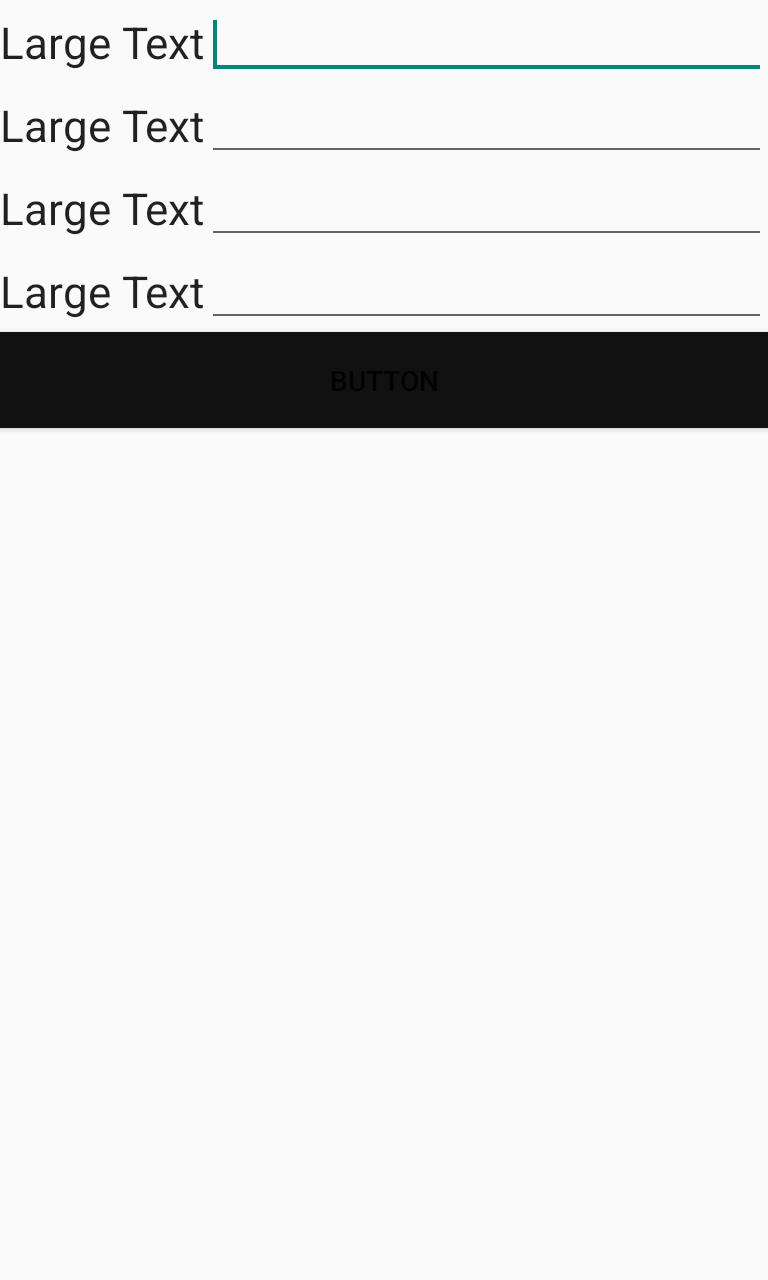
Repository: charlesweng/school
Layout: simpleandroidapps/GettingToKnowUIActivities/charleswengScoringProject/charleswengScoring/res/layout/fragment_teamdialog.xml
These files come from the project's save history. The layout is drawn as it stood at one moment and after the next save; the edit follows.
It is drawn on a 768 x 1280 px phone screen (xhdpi) without system bars, with theme AppTheme; the app's code is not run.

Above is the layout before, as saved 2014-04-26 08:38:30.

### simpleandroidapps/GettingToKnowUIActivities/charleswengScoringProject/charleswengScoring/res/layout/fragment_teamdialog.xml
<?xml version="1.0" encoding="utf-8"?>
<RelativeLayout xmlns:android="http://schemas.android.com/apk/res/android"
    android:layout_width="match_parent"
    android:layout_height="match_parent"
    android:orientation="vertical" >

    <TextView
        android:id="@+id/team1name"
        android:layout_width="wrap_content"
        android:layout_height="wrap_content"
        android:layout_alignParentTop="true"
        android:layout_alignParentLeft="true"
        android:layout_alignBaseline="@+id/editTeam1"
        android:text="Large Text"
        android:textAppearance="?android:attr/textAppearanceLarge" />

    <TextView
        android:id="@+id/team2name"
        android:layout_width="wrap_content"
        android:layout_height="wrap_content"
        android:layout_below="@+id/team1name"
        android:layout_alignBaseline="@+id/editTeam2"
        android:layout_alignParentLeft="true"
        android:text="Large Text"
        android:textAppearance="?android:attr/textAppearanceLarge" />

    <TextView
        android:id="@+id/team1score"
        android:layout_width="wrap_content"
        android:layout_height="wrap_content"
        android:layout_below="@+id/team2name"
        android:layout_alignBaseline="@+id/editScore1"
        android:layout_alignParentLeft="true"
        android:text="Large Text"
        android:textAppearance="?android:attr/textAppearanceLarge" />

    <TextView
        android:id="@+id/team2score"
        android:layout_width="wrap_content"
        android:layout_height="wrap_content"
        android:layout_below="@+id/team1score"
        android:layout_alignBaseline="@+id/editScore2"
        android:layout_alignParentLeft="true"
        android:text="Large Text"
        android:textAppearance="?android:attr/textAppearanceLarge" />

    <EditText
        android:id="@+id/editTeam1"
        android:layout_width="fill_parent"
        android:layout_height="wrap_content"
        android:layout_alignParentRight="true"
        android:layout_alignParentTop="true"
        android:layout_toRightOf="@+id/team1name"
        android:ems="10" >
        <requestFocus />
    </EditText>

    <EditText
        android:id="@+id/editTeam2"
        android:layout_width="fill_parent"
        android:layout_height="wrap_content"
        android:layout_alignParentRight="true"
        android:layout_below="@+id/editTeam1"
        android:layout_toRightOf="@+id/team2name"
        android:ems="10" >
    </EditText>

    <EditText
        android:id="@+id/editScore1"
        android:layout_width="fill_parent"
        android:layout_height="wrap_content"
        android:layout_alignParentRight="true"
        android:layout_below="@+id/editTeam2"
        android:layout_toRightOf="@+id/team1score"
        android:ems="10" >
    </EditText>

    <EditText
        android:id="@+id/editScore2"
        android:layout_width="fill_parent"
        android:layout_height="wrap_content"
        android:layout_alignParentRight="true"
        android:layout_below="@+id/editScore1"
        android:layout_toRightOf="@+id/team2score"
        android:ems="10" >
    </EditText>

    <Button
        android:id="@+id/button1"
        android:layout_width="fill_parent"
        android:layout_height="wrap_content"
        android:layout_below="@+id/editScore2"
        android:layout_centerHorizontal="true"
        android:text="Button"
        android:background="#111"/>

</RelativeLayout>

Loaded but not shown: simpleandroidapps/GettingToKnowUIActivities/charleswengScoringProject/charleswengScoring/res/values/styles.xml (common file); simpleandroidapps/GettingToKnowUIActivities/charleswengScoringProject/charleswengScoring/res/values-v11/styles.xml (common file); simpleandroidapps/GettingToKnowUIActivities/charleswengScoringProject/charleswengScoring/res/values-v14/styles.xml (common file)

After the next save:
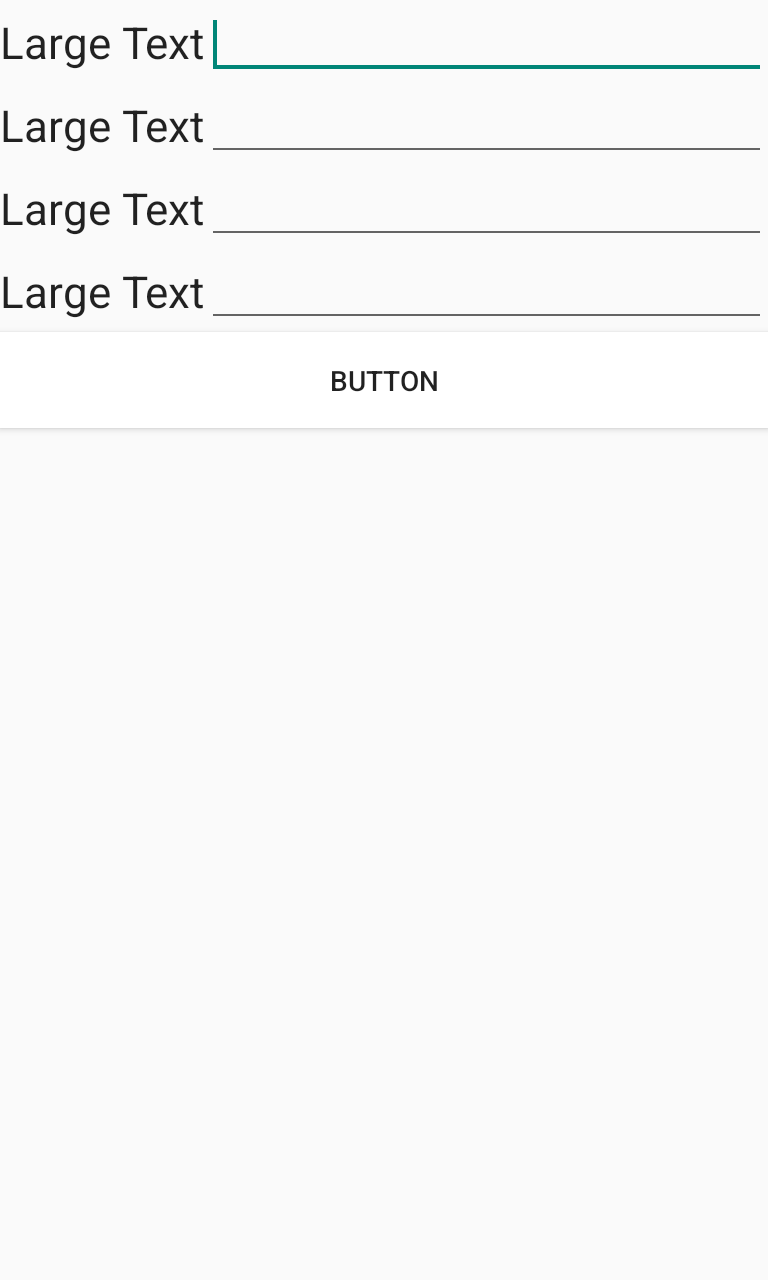
Saved 7 s later.
--- a/simpleandroidapps/GettingToKnowUIActivities/charleswengScoringProject/charleswengScoring/res/layout/fragment_teamdialog.xml
+++ b/simpleandroidapps/GettingToKnowUIActivities/charleswengScoringProject/charleswengScoring/res/layout/fragment_teamdialog.xml
@@ -92,6 +92,6 @@
         android:layout_below="@+id/editScore2"
         android:layout_centerHorizontal="true"
         android:text="Button"
-        android:background="#111"/>
+        android:background="#FFF"/>
 
 </RelativeLayout>
